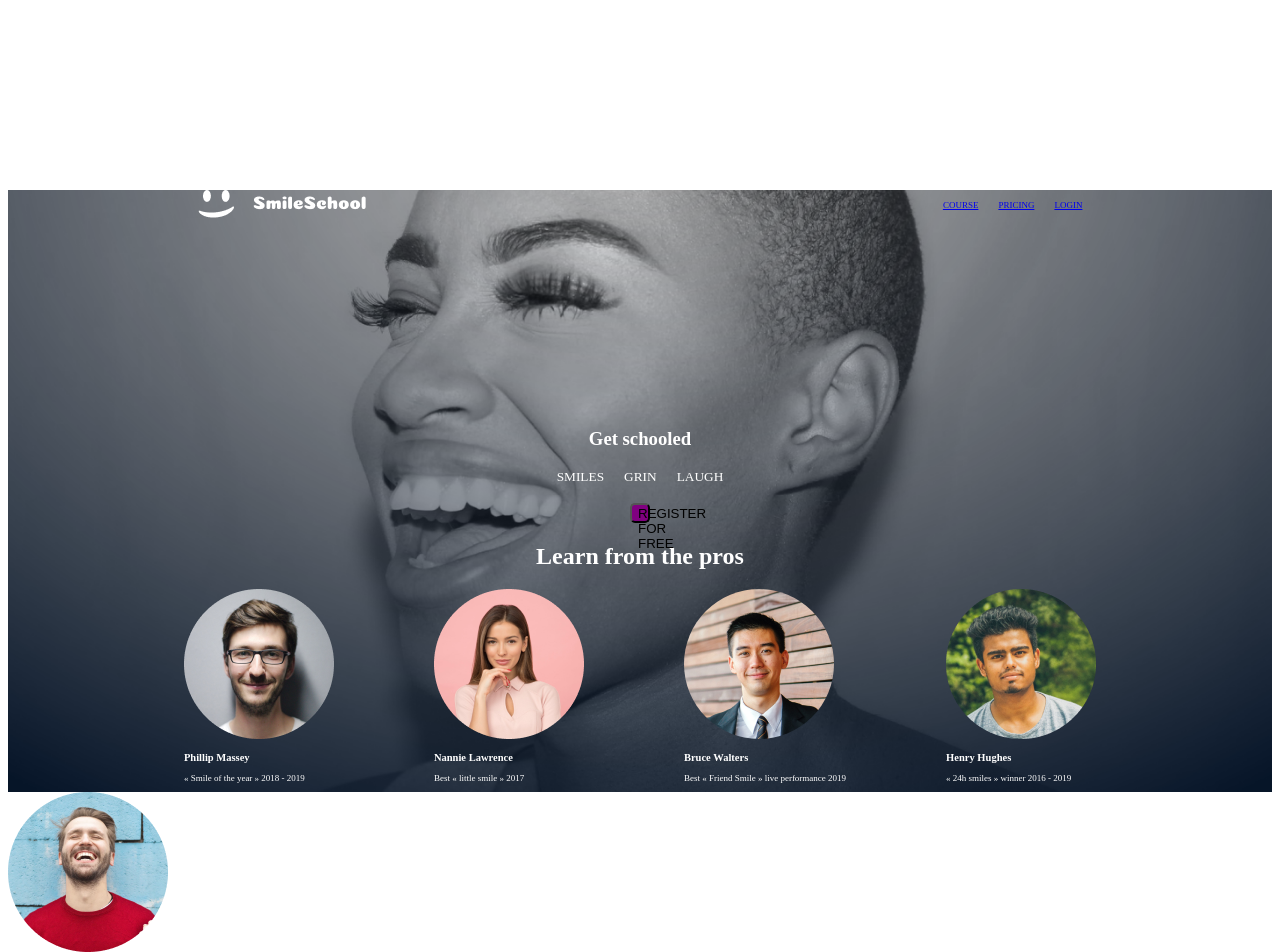
Repository: mwihakiann/alx_html_css
Page: css_advanced/index.html
The author's editor kept a copy of each file at every save. The page is drawn from the files as they stood at one save, then again after a run of saves.
The browser window is 1280 px wide. The pictures show the part of the page from y = 0 to 952 px (the page is 3642 px tall).
A picture or video elsewhere on the page could not be fetched, so the positions and the page height are approximate. Some web libraries are served in a nearby version.

Above is the page before, as saved 2025-09-28 18:19:46.

### css_advanced/index.html
<!DOCTYPE html>
<html lang="en">
<head>
  <meta charset="UTF-8">
  <meta name="viewport" content="width=device-width, initial-scale=1.0">
  <script src="https://kit.fontawesome.com/4a2b055604.js" crossorigin="anonymous"></script>
  <title>Document</title>
  <link rel="stylesheet" href="styles.css">
</head>
<body>
    <section class="first-page">
  <header>
    <nav>
      <img src="./images/logo.png" alt="logo">
      <ul>
        <li><a href="#">COURSE</a></li>
        <li><a href="#">PRICING</a></li>
        <li><a href="#">LOGIN</a></li>
      </ul>
    </nav>
  </header>

  <main>
    <section>
      <div class="intro">
        <h1>Get schooled</h1>
        <div class="horizontal-stack">
        <span>SMILES</span>
        <span>GRIN</span>
        <span>LAUGH</span>
        </div>
        <br>
        <button class="register">REGISTER FOR FREE</button>
      </div>
      <div class="learn-from-pros">
        <h2>Learn from the pros</h2>
        <div class="pros">
          <div>
            <img src="./images/1.png" alt="">
            <h3>Phillip Massey</h3>
            <p>« Smile of the year » 2018 - 2019</p>
          </div>
          <div>
            <img src="./images/3.png" alt="">
            <h3>Nannie Lawrence</h3>
            <p>Best « little smile » 2017</p>
          </div>
          <div>
            <img src="./images/2.png" alt="" class="bruce">
            <h3>Bruce Walters</h3>
            <p>Best « Friend Smile » live performance 2019</p>
          </div>
          <div>
            <img src="./images/4.png" alt="">
            <h3>Henry Hughes</h3>
            <p>« 24h smiles » winner 2016 - 2019</p>
          </div>
        </div>
      </div>
    </section>
</section>

    <section>
      <div>
        <img src="./images/5.png" alt="image">
      </div>
      <div>
        <blockquote>« Those tutorials are concise and go straight to the point. I can’t think of a better place to learn smiling. And it’s so fun!</blockquote>
        <h3>NAME</h3>
        <p>weather presenter</p>
      </div>
    </section>

    <section>
      <h2>Most popular tutorials</h2>

      <div class="tutorial-card">
        <img src="./images/9.png" alt="Diagonal Smile">
        <img src="./images/play.png" alt="play button" class="play-btn">
        <h3>Diagonal Smile</h3>
        <p>Lorem ipsum dolor sit amet, consect adipiscing elit, sed do eiusmod.</p>
        <div>
          <img src="./images/1 (3).png" alt="">
          <h4>Phillip Massey</h4>
        </div>
        <div>
          <div><i class="fa-solid fa-star"></i></div>
          <div><i class="fa-solid fa-star"></i></div>
          <div><i class="fa-solid fa-star"></i></div>
          <div><i class="fa-solid fa-star"></i></div>
          <div><i class="fa-solid fa-star"></i></div>
        </div>
        <p>8 min</p>
      </div>

      <div class="tutorial-card">
        <img src="./images/6.png" alt="Happy Smile">
        <img src="./images/play.png" alt="play button" class="play-btn">
        <h3>Happy Smile</h3>
        <p>Lorem ipsum dolor sit amet, consect adipiscing elit, sed do eiusmod.</p>
        <div>
          <img src="./images/1 (3).png" alt="">
          <h4>Phillip Massey</h4>
        </div>
        <div>
          <div><i class="fa-solid fa-star"></i></div>
          <div><i class="fa-solid fa-star"></i></div>
          <div><i class="fa-solid fa-star"></i></div>
          <div><i class="fa-solid fa-star"></i></div>
          <div><i class="fa-solid fa-star"></i></div>
        </div>
        <p>8 min</p>
      </div>

      <div class="tutorial-card">
        <img src="./images/8.png" alt="Natural Smile">
        <img src="./images/play.png" alt="play button" class="play-btn">
        <h3>Natural Smile</h3>
        <p>Lorem ipsum dolor sit amet, consect adipiscing elit, sed do eiusmod.</p>
        <div>
          <img src="./images/1.png" alt="">
          <h4>Phillip Massey</h4>
        </div>
        <div>
          <div><i class="fa-solid fa-star"></i></div>
          <div><i class="fa-solid fa-star"></i></div>
          <div><i class="fa-solid fa-star"></i></div>
          <div><i class="fa-solid fa-star"></i></div>
          <div><i class="fa-solid fa-star"></i></div>
        </div>
        <p>8 min</p>
      </div>

      <div class="tutorial-card">
        <img src="./images/7.png" alt="Sad Smile">
        <img src="./images/play.png" alt="play button" class="play-btn">
        <h3>Sad Smile</h3>
        <p>Lorem ipsum dolor sit amet, consect adipiscing elit, sed do eiusmod.</p>
        <div>
          <img src="./images/1.png" alt="">
          <h4>Phillip Massey</h4>
        </div>
        <div>
          <div><i class="fa-solid fa-star"></i></div>
          <div><i class="fa-solid fa-star"></i></div>
          <div><i class="fa-solid fa-star"></i></div>
          <div><i class="fa-solid fa-star"></i></div>
          <div><i class="fa-solid fa-star"></i></div>
        </div>
        <p>8 min</p>
      </div>
    </section>

    <section>
      <h2>Free membership</h2>
      <div>
        <img src="./images/smile.png" alt="">
        <h3>Lorem Ipsum</h3>
        <p>Lorem ipsum dolor sit amet, consectetur adipiscing elit.</p>
      </div>
      <div>
        <img src="./images/smile.png" alt="">
        <h3>Lorem Ipsum</h3>
        <p>Lorem ipsum dolor sit amet, consectetur adipiscing elit.</p>
      </div>
      <div>
        <img src="./images/smile.png" alt="">
        <h3>Lorem Ipsum</h3>
        <p>Lorem ipsum dolor sit amet, consectetur adipiscing elit.</p>
      </div>
      <div>
        <img src="./images/smile.png" alt="">
        <h3>Lorem Ipsum</h3>
        <p>Lorem ipsum dolor sit amet, consectetur adipiscing elit.</p>
      </div>
      <button>REGISTER FOR FREE</button>
    </section>

    <section>
      <h2>F.A.Q</h2>
      <div>
        <div>
          <div>
            <h3>How does this work?</h3>
          </div>
          <div>
            Lorem ipsum dolor sit amet, consectetur adipiscing elit, sed do eiusmod tempor incididunt ut labore et dolore magna aliqua.
          </div>

          <div>
            <h3>How does this work?</h3>
          </div>
          <div>
            Lorem ipsum dolor sit amet, consectetur adipiscing elit, sed do eiusmod tempor incididunt ut labore et dolore magna aliqua.
          </div>
        </div>
        <div>
          <div>
            <h3>How does this work?</h3>
          </div>
          <div>
            Lorem ipsum dolor sit amet, consectetur adipiscing elit, sed do eiusmod tempor incididunt ut labore et dolore magna aliqua.
          </div>
          <div>
            <h3>How does this work?</h3>
          </div>
          <div>
            Lorem ipsum dolor sit amet, consectetur adipiscing elit, sed do eiusmod tempor incididunt ut labore et dolore magna aliqua.
          </div>
        </div>
      </div>
    </section>
  </main>

  <footer>
    <section>
      <div>
        <img src="./images/logo.png" alt="logo">
        <div>
          <i class="fa-brands fa-facebook"></i>
          <i class="fa-brands fa-twitter"></i>
          <i class="fa-brands fa-instagram"></i>
        </div>
      </div>
      <p>©smileschool 2020</p>
    </section>
  </footer>
</body>
</html>

### css_advanced/styles.css
body{
    color: white;
}
nav ul{
    display: flex;
    gap: 20px;
    list-style: none;
    color: white;
    text-decoration: none;
}
nav{
    display: flex;
    justify-content: space-between;
    align-items: center;
    margin: 15%;
    font-size: xx-small;
}
.first-page{
    background-image: url(./images/Object.png);
    background-size: cover;
    background-position: center;
    color: white;
}
.intro{
    display: flex;
    flex-direction: column;
    justify-content: center;
    align-items: center;
    gap: 0;
}
h1{
    font-size: 40;
}
.register{
    background-color: purple;
    width: 20px;
    height:20px;
    border-radius: 25%;
    gap: 100px;
}
.learn-from-pros{
    display: flex;
    flex-direction: column;
    justify-content: center;
    align-items: center;
    font-size: medium;
}
.pros{
    display: flex;
    font-size:xx-small;
    gap: 100px;
}
.bruce{
    width: 150px;
    height: 150px;
    border-radius: 50%;
    object-fit: cover;
}
.horizontal-stack{
   display: flex;
    gap: 20px;
    font-size: smaller;
}
.tutorial-card {
    position: relative;
    display: inline-block;
    margin: 20px;
  }

  .tutorial-card img {
    display: block;
  }

  .tutorial-card .play-btn {
    position: absolute;
    top: 50px;
    left: 50%;
    transform: translateX(-50 -50%);
    width: 50px;
    height: 50px;
    pointer-events: none;
  }

After the next 2 saves:
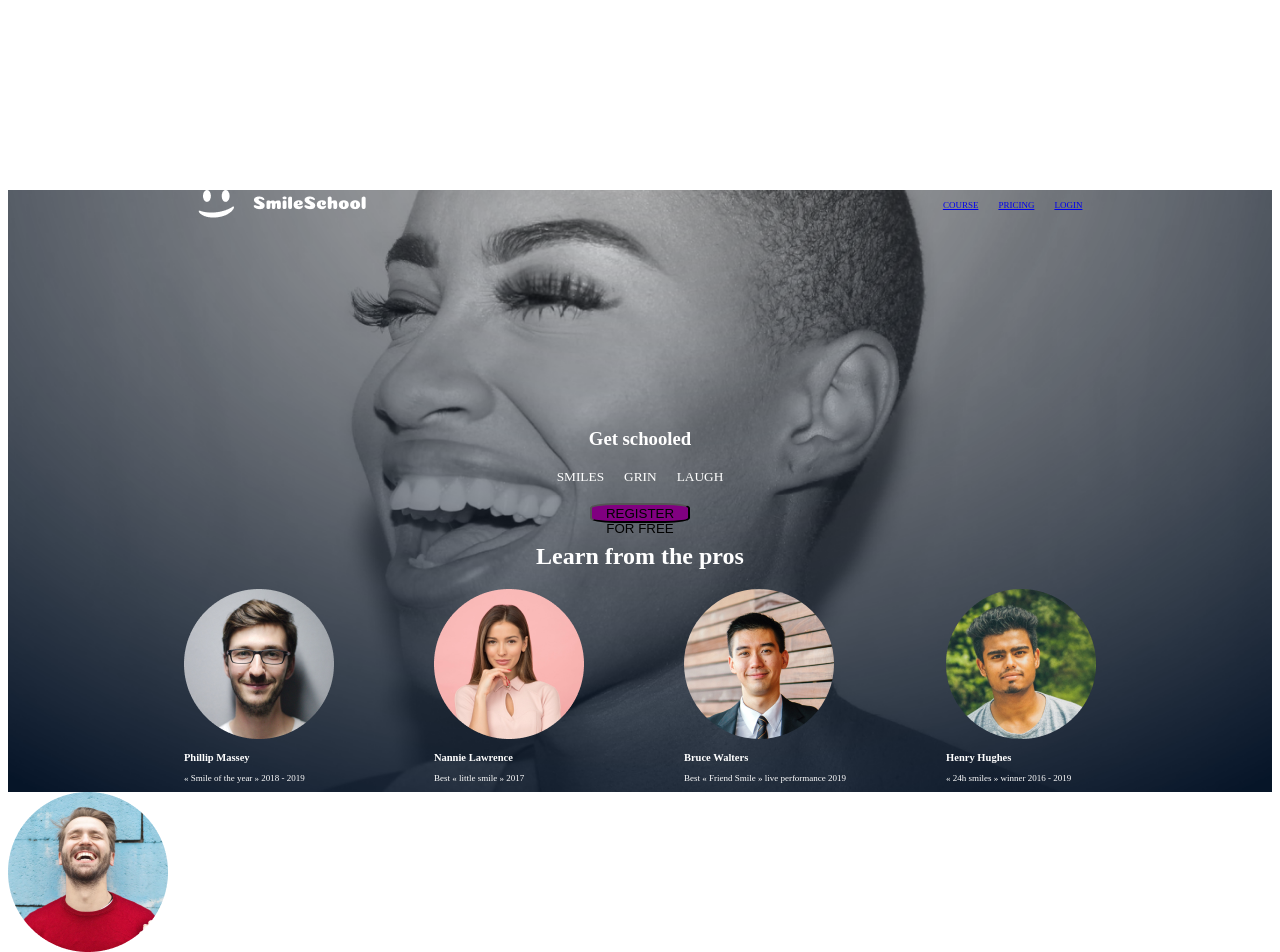
The 2 saves are shown as one change because they came seconds apart.
The last was saved 11 s later.
--- a/css_advanced/styles.css
+++ b/css_advanced/styles.css
@@ -33,7 +33,7 @@ h1{
 }
 .register{
     background-color: purple;
-    width: 20px;
+    width: 100px;
     height:20px;
     border-radius: 25%;
     gap: 100px;
